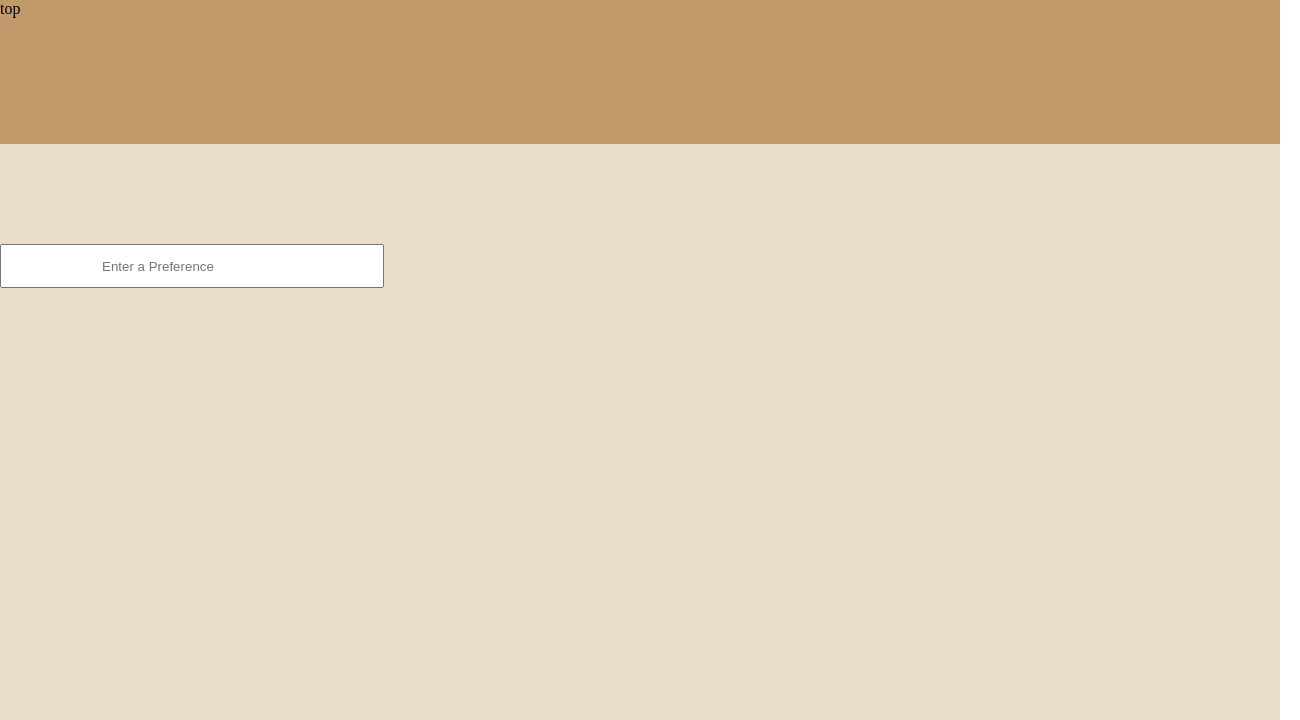
Repository: joshliu14/Travel-Mug
Page: /search
An editor plug-in stored every save of this project. The page is shown before and after the next save, followed by the edit.
The browser window is 1280 px wide. The page is 1300 px wide, then 1280 px, so the pictures cover 1300 px, including what lies to the right of the window. The pictures show the whole page.
The project was rebuilt for these pictures with package versions that can differ from the ones it lists, and the page was loaded fresh each time.

Above is the page before, as saved 2024-01-02 12:08:55.

After the next save:
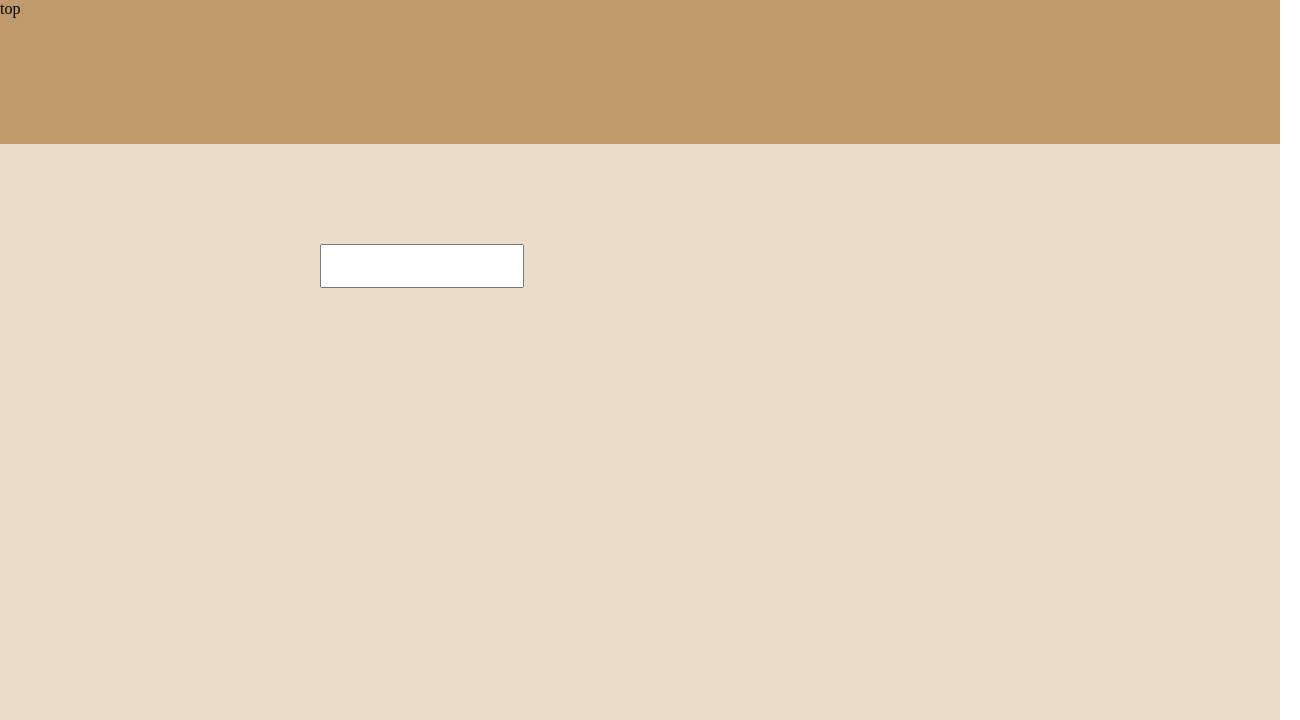
Saved 28 s later.
--- a/src/Home.css
+++ b/src/Home.css
@@ -14,7 +14,7 @@
 }
 
 .search-bar-container {
-  min-width: 100vw;
+  min-width: 50vw;
   min-height: 50vh;
   padding: 100px 20px;
 }
